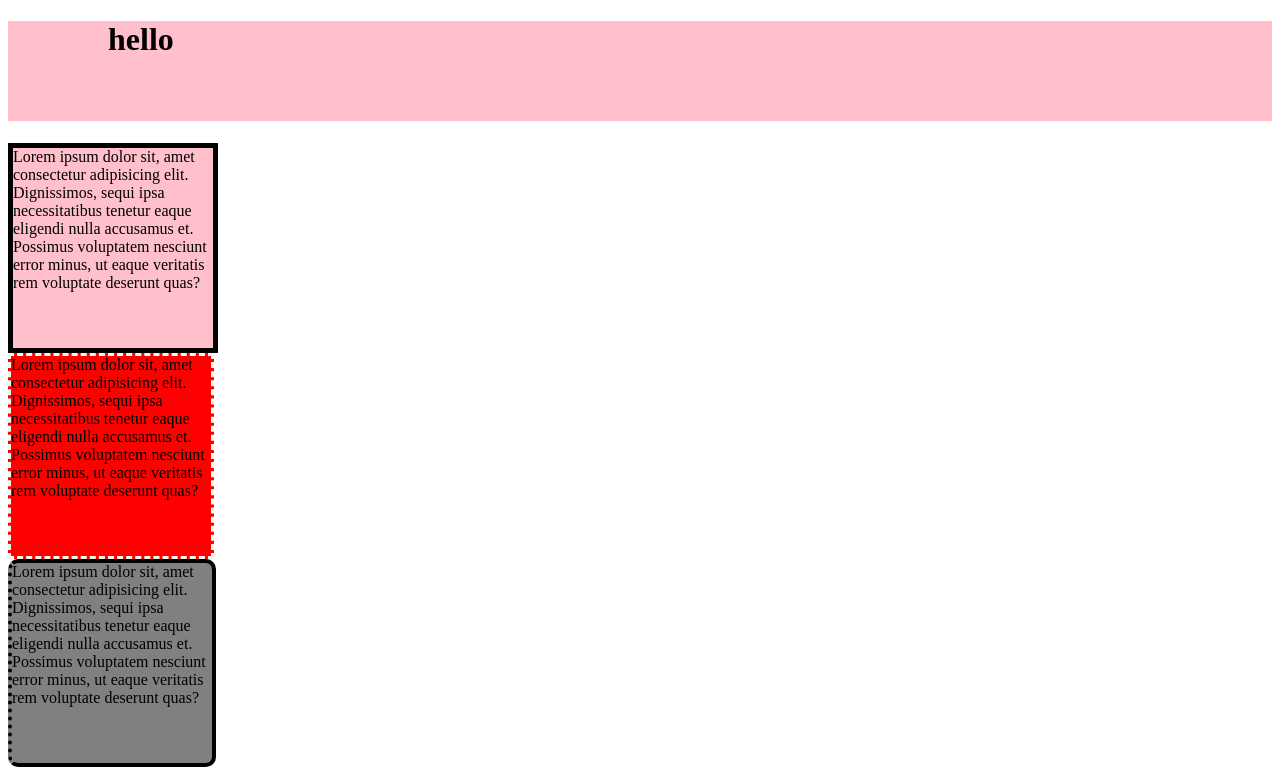
Repository: zhFIsHappy/UdemyFullStack
Page: index1.html
An editor plug-in stored every save of this project. The page is shown before and after the next save, followed by the edit.
The browser window is 1280 px wide. The pictures show the whole page.

Above is the page before, as saved 2022-03-22 21:02:11.

After the next save:
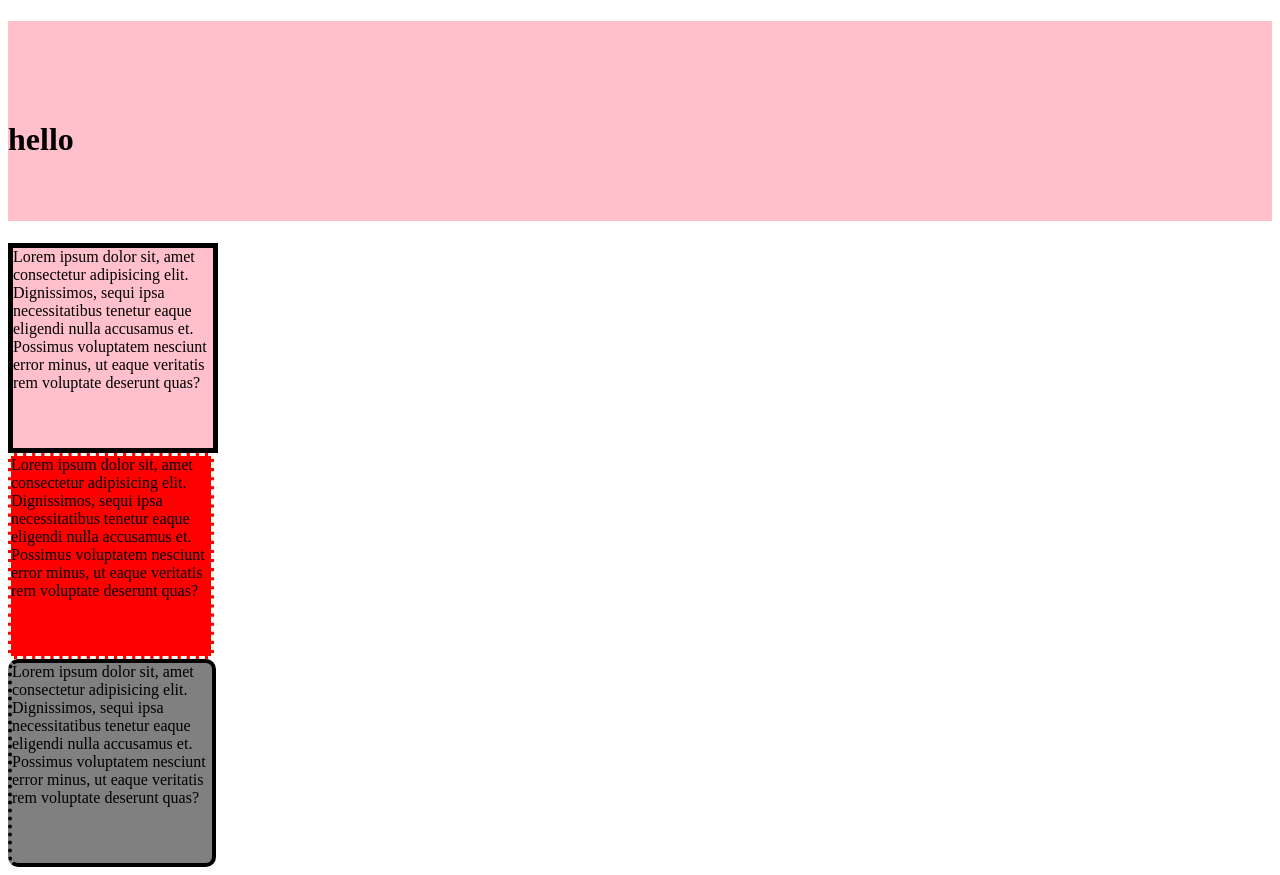
Saved 14 s later.
--- a/app1.css
+++ b/app1.css
@@ -7,7 +7,7 @@
 h1{
     background-color: pink;
     height:100px;
-    padding-left : 100px;
+    padding-top : 100px;
 }
 /* border : width, color, style*/
 #one {
